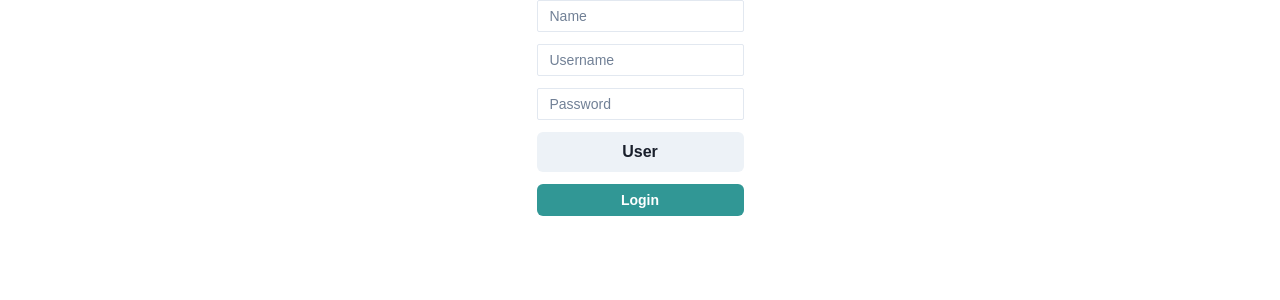
Repository: Junaidify/Event-Management-System
Page: / (app in Frontend/)
An editor plug-in stored every save of this project. The page is shown before and after the next save, followed by the edit.
The browser window is 1280 px wide. The pictures show the whole page.
The project was rebuilt for these pictures with package versions that can differ from the ones it lists, and the page was loaded fresh each time. Also part of the build but not shown: Frontend/vite.config.js, Frontend/src/hooks/postEvent.js, Frontend/src/hooks/useFetch.js, Frontend/src/admin/EventCreate.jsx, Frontend/src/user/userDashboard.jsx, Frontend/src/admin/FeedbackRating.jsx, Frontend/src/admin/Reschedule.jsx, Frontend/src/admin/RemoveMember.jsx.

Above is the page before, as saved 2024-08-17 21:21:57.

### Frontend/src/main.jsx
import { createRoot } from "react-dom/client";
import App from "./App.jsx";
import { store } from "./redux/store.js";
import { Provider } from "react-redux";
import { BrowserRouter } from "react-router-dom";
import { ChakraProvider } from "@chakra-ui/react";

createRoot(document.getElementById("root")).render(
  <ChakraProvider>
    <BrowserRouter>
      <Provider store={store}>
        <App />
      </Provider>
    </BrowserRouter>
  </ChakraProvider>
);

### Frontend/src/App.jsx
import "./App.css";
import EventCreate from "./admin/EventCreate";
import Login from "./admin/Login";
import { Routes, Route, Navigate } from "react-router-dom";
import UserDashboard from "./user/userDashboard";
import FeedbackRating from "./admin/FeedbackRating";
import Reschedule from "./admin/Reschedule";
import RemoveMember from "./admin/RemoveMember";
import { useState } from "react";

function App() {
  const [isAdmin, setAdmin] = useState(false);
  const [isAuth, setIsAuth] = useState(false);

  return (
    <Routes>
      <Route
        path="/"
        element={<Login setIsAuth={{ setIsAuth, setAdmin }} />}
      />
      {isAuth && (
        <>
          <Route path="/events" element={<UserDashboard />} />
          <Route path="/feedback/:id" element={<FeedbackRating />} />
          <Route path="/reschedule/:id" element={<Reschedule />} />
          <Route path="/remove/:id" element={<RemoveMember />} />
        </>
      )}
      {isAdmin && <Route path="/admin" element={<EventCreate />} />}
      <Route
        path="*"
        element={<Navigate to="/" />}
      />
    </Routes>
  );
}

export default App;

### Frontend/src/redux/store.js
import { legacy_createStore, combineReducers, applyMiddleware } from "redux";
import { thunk } from "redux-thunk";
import { fetchReducer } from "./fetchReducer";

const rootReducer = combineReducers({
  fetch: fetchReducer,
});

export const store = legacy_createStore(rootReducer, applyMiddleware(thunk));

### Frontend/src/admin/Login.jsx
import { Button, Input, Stack } from "@chakra-ui/react";
import { useState } from "react";
import { useLogin } from "../hooks/login";

const Login = ({ setIsAuth, setAdmin }) => {
  const [role, setRole] = useState(true);
  const { handleLogin, setLogin, login } = useLogin({ setIsAuth, setAdmin });

  const handleChange = (e) => {
    const { name, value } = e.target;
    setLogin({ ...login, [name]: value });
  };

  const handleRoleToggle = () => {
    setRole((prevRole) => !prevRole);
    setLogin({ ...login, role: !role ? "user" : "admin" });
  };

  return (
    <div style={{ display: "flex", justifyContent: "center" }}>
      <Stack spacing={3}>
        <Input
          name="name"
          value={login.name}
          placeholder="Name"
          size="sm"
          onChange={handleChange}
        />
        <Input
          name="username"
          value={login.username}
          placeholder="Username"
          size="sm"
          onChange={handleChange}
        />
        <Input
          name="password"
          value={login.password}
          placeholder="Password"
          size="sm"
          onChange={handleChange}
        />
        <Button onClick={handleRoleToggle}>{role ? "User" : "Admin"}</Button>
        <Button colorScheme="teal" size="sm" onClick={handleLogin}>
          Login
        </Button>
      </Stack>
    </div>
  );
};

export default Login;

### Frontend/src/redux/fetchReducer.js
import { API_FETCH } from "../constant/actionTypesl";
import { initialState } from "../constant/initialState";

export const fetchReducer = (state = initialState, action) => {
  switch (action.type) {
    case API_FETCH.LOADING:
      return {
        ...state,
        loading: true,
      };
    case API_FETCH.SUCCESS:
      return {
        ...state,
        loading: false,
        data: action.payload,
      };
    case API_FETCH.ERROR:
      return {
        ...state,
        loading: false,
        error: action.payload,
      };
    default:
      return state;
  }
};

### Frontend/src/hooks/login.js
import axios from "axios";
import { useState } from "react";
import { useNavigate } from "react-router-dom";

export const useLogin = ({ setIsAuth, setAdmin }) => {
  const [login, setLogin] = useState({
    name: "",
    username: "",
    password: "",
    role: "user",
  });
  const [error, setError] = useState("");
  const navigate = useNavigate();

  const handleLogin = async () => {
    if (login.name.trim() === "") {
      alert("Name is required");
      return;
    }

    if (login.username.trim() === "") {
      alert("Username cannot be empty");
      return;
    }

    if (login.password.trim() === "") {
      alert("Password cannot be empty");
      return;
    }

    try {
      await axios.post("http://localhost:3000/authentication", login);
      alert("Login successful");
      setIsAuth(true);
      setAdmin(login.role === "admin");
      navigate(login.role === "user" ? "/events" : "/admin");
    } catch (err) {
      console.error("Login failed:", err);
      setError("Login failed. Please try again.");
    }
  };

  return { handleLogin, setLogin, login, error };
};

### Frontend/src/constant/actionTypesl.js
export const API_FETCH = {
  SUCCESS: "API_FETCH_SUCCESS",
  LOADING: "API_FETCH_LOADING",
  ERROR: "API_FETCH_ERROR",
};

### Frontend/src/constant/initialState.js
export const initialState = {
  loading: false,
  data: [],
  error: null,
};

### Frontend/src/hooks/useLogin.js
import axios from "axios";
import { useState } from "react";
import { useNavigate } from "react-router-dom";

export const useLogin = ({ setIsAuth, setAdmin }) => {
  const [login, setLogin] = useState({
    name: "",
    username: "",
    password: "",
    role: "user",
  });
  const [error, setError] = useState("");
  const navigate = useNavigate();

  const handleLogin = async () => {
    if (login.name.trim() === "") {
      alert("Name is required");
      return;
    }

    if (login.username.trim() === "") {
      alert("Username cannot be empty");
      return;
    }

    if (login.password.trim() === "") {
      alert("Password cannot be empty");
      return;
    }

    try {
      await axios.post("http://localhost:3000/authentication", login);
      alert("Login successful");
      setIsAuth(true);
      setAdmin(login.role === "admin");
      navigate(login.role === "user" ? "/events" : "/admin");
    } catch (err) {
      console.error("Login failed:", err);
      setError("Login failed. Please try again.");
    }
  };

  return { handleLogin, setLogin, login, error };
};

Loaded but not shown: Frontend/index.html (common file); Frontend/src/App.css (common file)

After the next save:
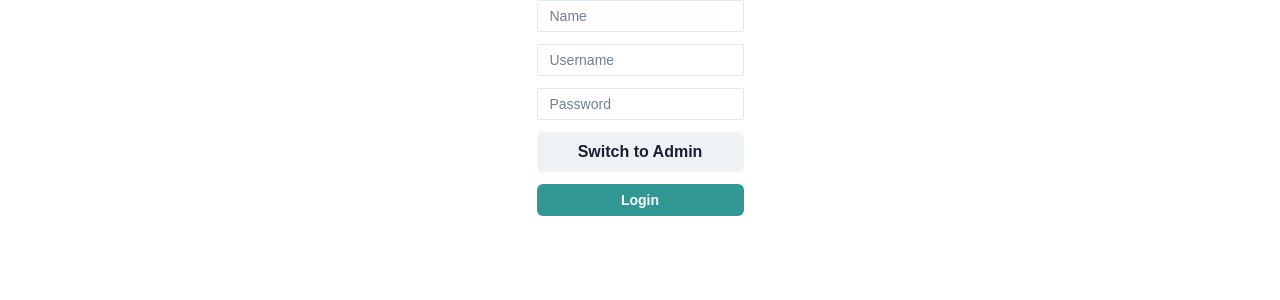
Saved 17 s later.
--- a/Frontend/src/admin/Login.jsx
+++ b/Frontend/src/admin/Login.jsx
@@ -1,10 +1,10 @@
 import { Button, Input, Stack } from "@chakra-ui/react";
 import { useState } from "react";
-import { useLogin } from "../hooks/login";
+import { useLogin } from "../hooks/useLogin";
 
 const Login = ({ setIsAuth, setAdmin }) => {
-  const [role, setRole] = useState(true);
-  const { handleLogin, setLogin, login } = useLogin({ setIsAuth, setAdmin });
+  const [role, setRole] = useState("user");
+  const { handleLogin, setLogin, login, error } = useLogin({ setIsAuth, setAdmin });
 
   const handleChange = (e) => {
     const { name, value } = e.target;
@@ -12,8 +12,9 @@
   };
 
   const handleRoleToggle = () => {
-    setRole((prevRole) => !prevRole);
-    setLogin({ ...login, role: !role ? "user" : "admin" });
+    const newRole = role === "user" ? "admin" : "user";
+    setRole(newRole);
+    setLogin({ ...login, role: newRole });
   };
 
   return (
@@ -37,13 +38,17 @@
           name="password"
           value={login.password}
           placeholder="Password"
+          type="password"
           size="sm"
           onChange={handleChange}
         />
-        <Button onClick={handleRoleToggle}>{role ? "User" : "Admin"}</Button>
+        <Button onClick={handleRoleToggle}>
+          {role === "user" ? "Switch to Admin" : "Switch to User"}
+        </Button>
         <Button colorScheme="teal" size="sm" onClick={handleLogin}>
           Login
         </Button>
+        {error && <p style={{ color: "red" }}>{error}</p>}
       </Stack>
     </div>
   );
